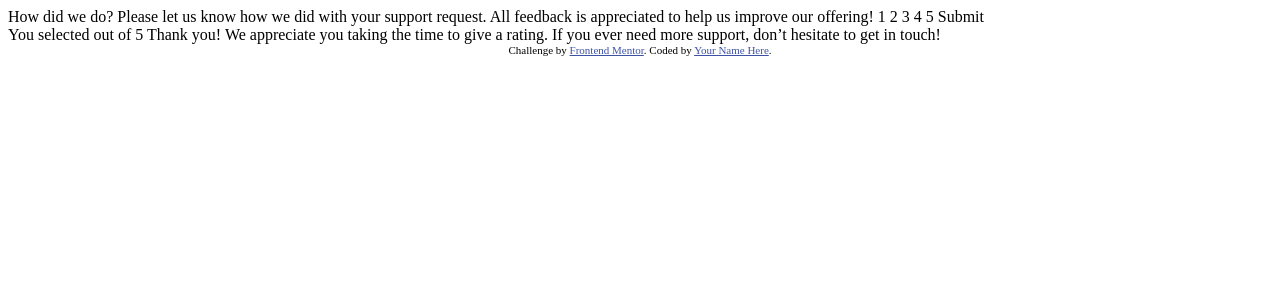
Repository: huynhnhutanhduy/interactive-rating-component
Page: index.html
An editor plug-in stored every save of this project. The page is shown before and after the next save, followed by the edit.
The browser window is 1280 px wide. The pictures show the whole page.

Above is the page before, as saved 2022-10-19 09:23:37.

After the next save:
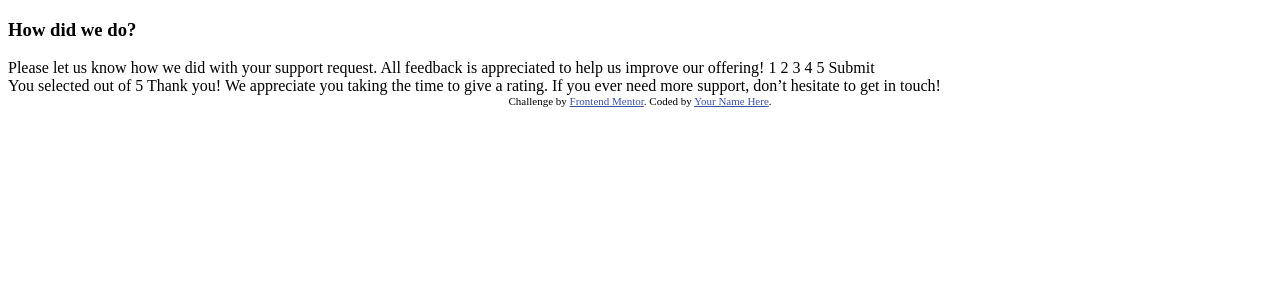
Saved 35 s later.
--- a/index.html
+++ b/index.html
@@ -12,8 +12,9 @@
     <main>
       <!-- Rating state start -->
       <article>
-        How did we do? Please let us know how we did with your support request. All feedback is
-        appreciated to help us improve our offering! 1 2 3 4 5 Submit
+        <h3 class="title">How did we do?</h3>
+        Please let us know how we did with your support request. All feedback is appreciated to
+        help us improve our offering! 1 2 3 4 5 Submit
       </article>
       <!-- Rating state end -->
 
